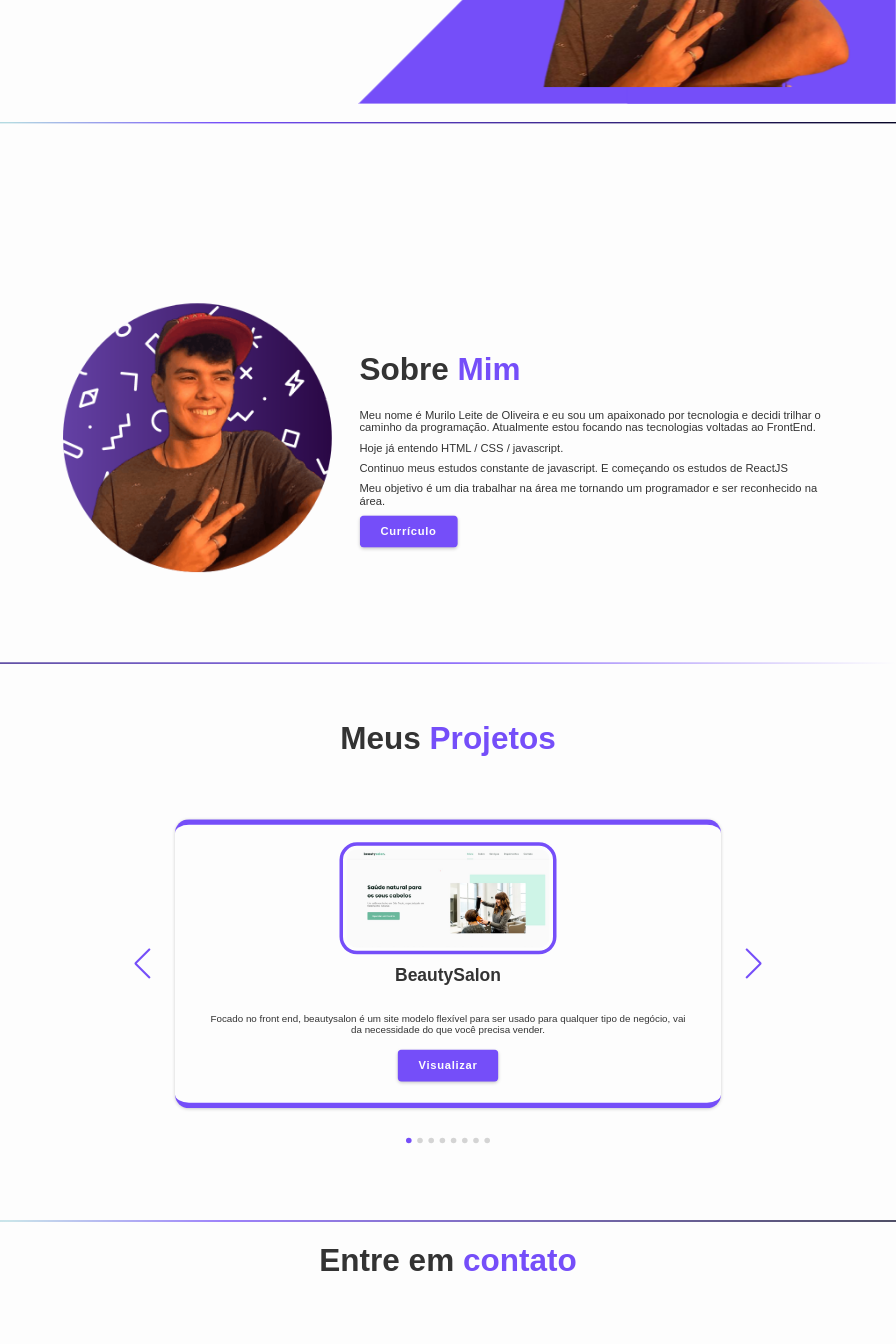
Repository: devMuriloOliveira/Portfolio-
Page: index.html
These files come from the project's save history. The page is drawn as it stood at one moment and after the next save; the edit follows.
The browser window is 1280 px wide. The pictures show the part of the page from y = 595 to 2515 px (the page is 3045 px tall), at 70% of full size.
Some web fonts or font styles are not loaded; a fallback is used.

Above is the page before, as saved 2023-03-15 18:17:31.

After the next save:
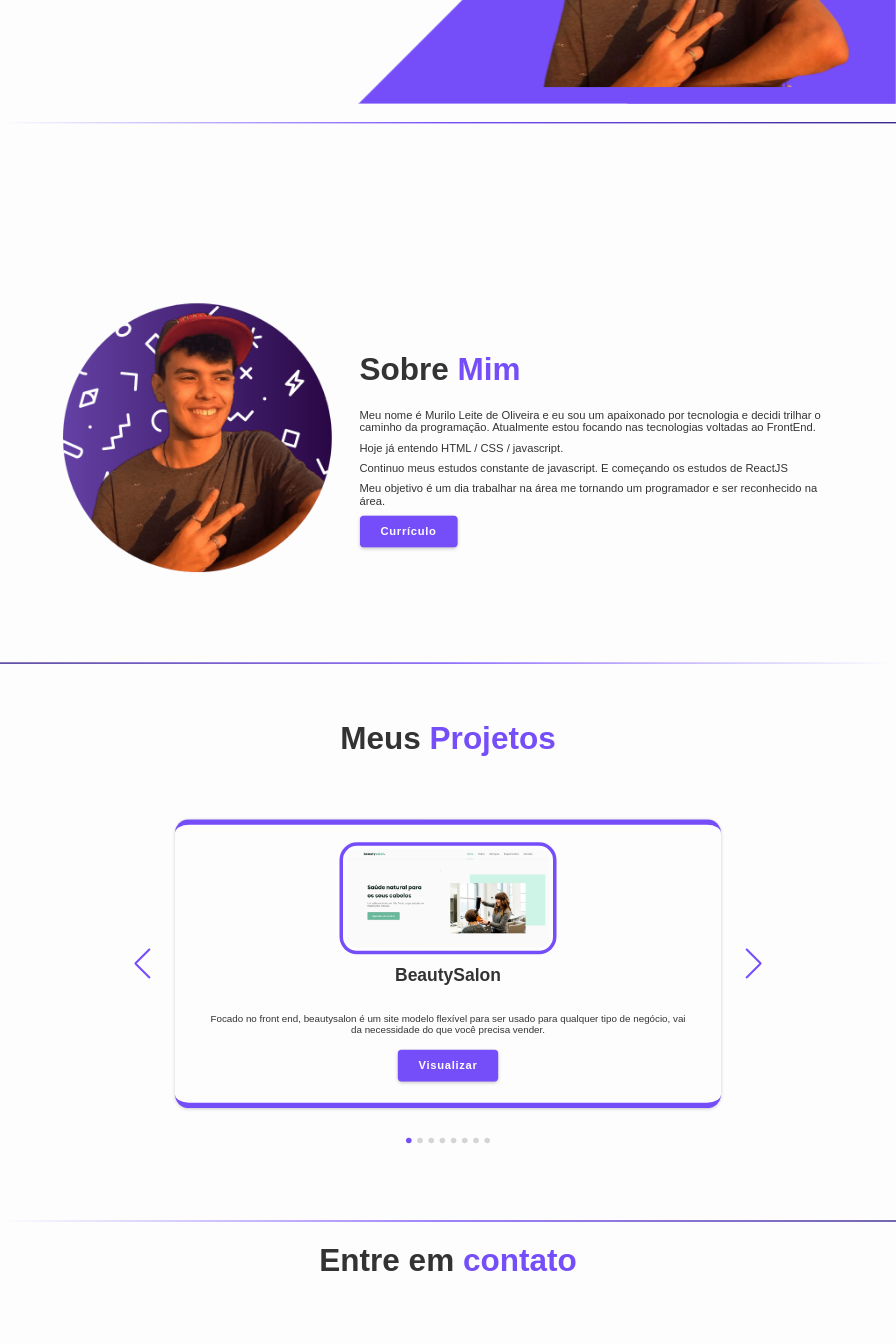
Saved 35 s later.
--- a/style.css
+++ b/style.css
@@ -37,8 +37,8 @@ body{
 .divider-1 {
   height: 2px;
   margin: 50px 0;
-  background: rgb(0,132,158);
-background: linear-gradient(90deg, rgba(0,132,158,0.28895308123249297) 1%, rgba(117,78,249,1) 25%, rgba(6,5,38,1) 100%, rgba(2,0,36,1) 100%);
+  background: rgb(2,0,36);
+background: linear-gradient(90deg, rgba(2,0,36,0) 0%, rgba(117,78,249,1) 50%, rgba(60,39,143,1) 100%);
 }
 
 .divider-2 {
